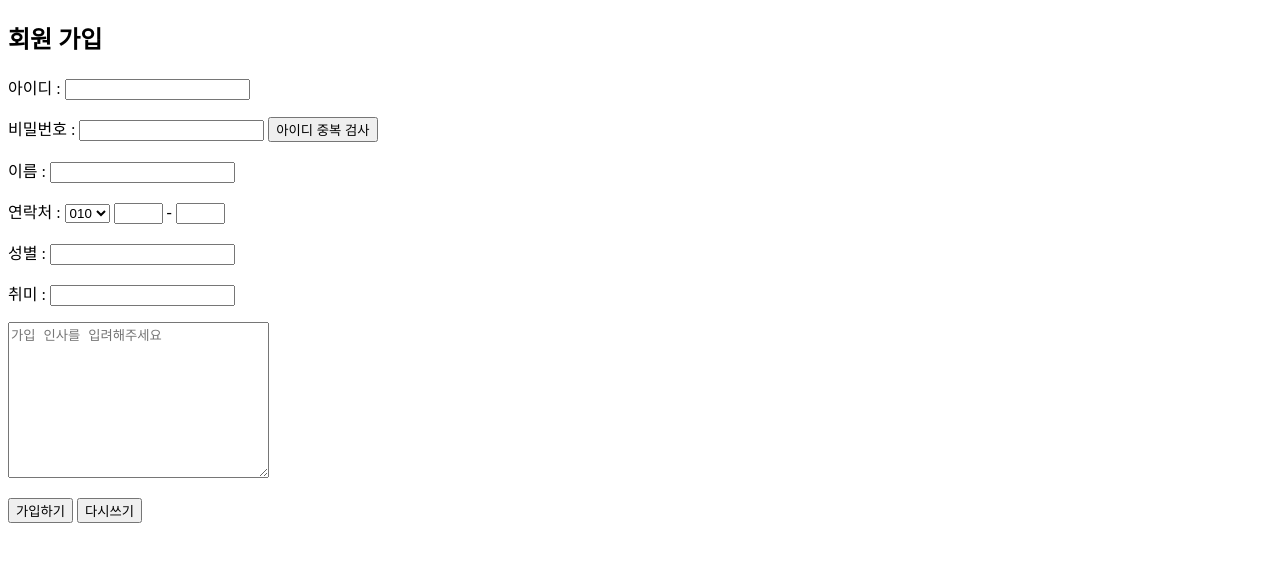
Repository: suinautant/learnCode
Page: http://localhost/JSPBook/ch05/test/register01.jsp
The author's editor kept a copy of each file at every save. The page is drawn from the files as they stood at one save, then again after the next save.
The browser window is 1280 px wide. The pictures show the whole page.
The page is served by Tomcat 9. Other server files are loaded and not shown.

Above is the page before, as saved 2021-07-01 05:45:19.

### jsp/JSPBook/WebContent/ch05/test/register01.jsp
<%@ page language="java" contentType="text/html; charset=UTF-8" pageEncoding="UTF-8"%>
<!DOCTYPE html>
<html>
<head>
<meta charset="UTF-8">
<title>회원가입</title>
</head>
<body>
	<h2>회원 가입</h2>
	<form action="register01_action.jsp" method="get">
		<p>
			아이디 :
			<input type="text" name="id" />
		</p>
		<p>
			비밀번호 :
			<input type="password" name="passwd" />
			<input type="button" value="아이디 중복 검사" />
		</p>
		<p>
			이름 :
			<input type="text" name="name" />
		</p>
		<p>
			연락처 :
			<select name="tel1">
				<option value="010">010</option>
				<option value="011">011</option>
				<option value="016">016</option>
				<option value="017">017</option>
				<option value="018">018</option>
				<option value="019">019</option>
			</select>
			<input type="text" name="tel2" size="3" />
			-
			<input type="text" name="tel3" size="3" />
		</p>
		<p>
			성별 :
			<input type="text" name="sex" />
		</p>
		<p>
			취미 :
			<input type="text" name="hobby" />
		</p>
		<p>
			<textarea name="hello" rows="10" cols="30" placeholder="가입 인사를 입려해주세요"></textarea>
		<p>
			<input type="submit" value="가입하기" />
			<input type="reset" value="다시쓰기" />
		</p>
	</form>

</body>
</html>

After the next save:
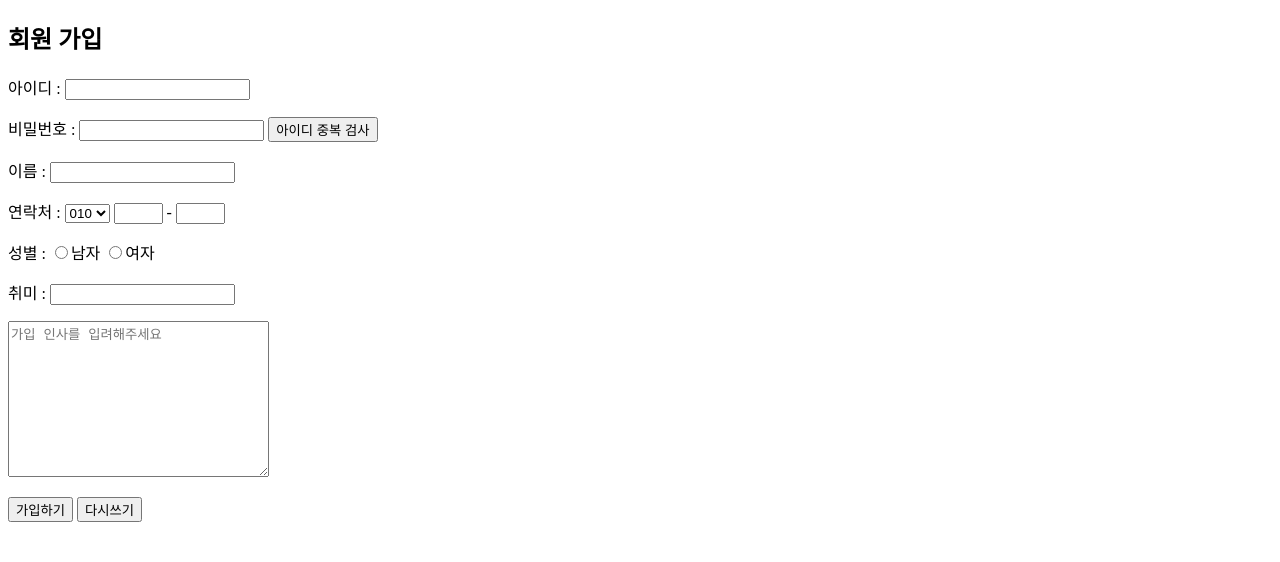
Saved 45 s later.
--- a/jsp/JSPBook/WebContent/ch05/test/register01.jsp
+++ b/jsp/JSPBook/WebContent/ch05/test/register01.jsp
@@ -37,7 +37,8 @@
 		</p>
 		<p>
 			성별 :
-			<input type="text" name="sex" />
+			<input type="radio" name="sex" value="male" />남자
+			<input type="radio" name="sex" value="female" />여자
 		</p>
 		<p>
 			취미 :
